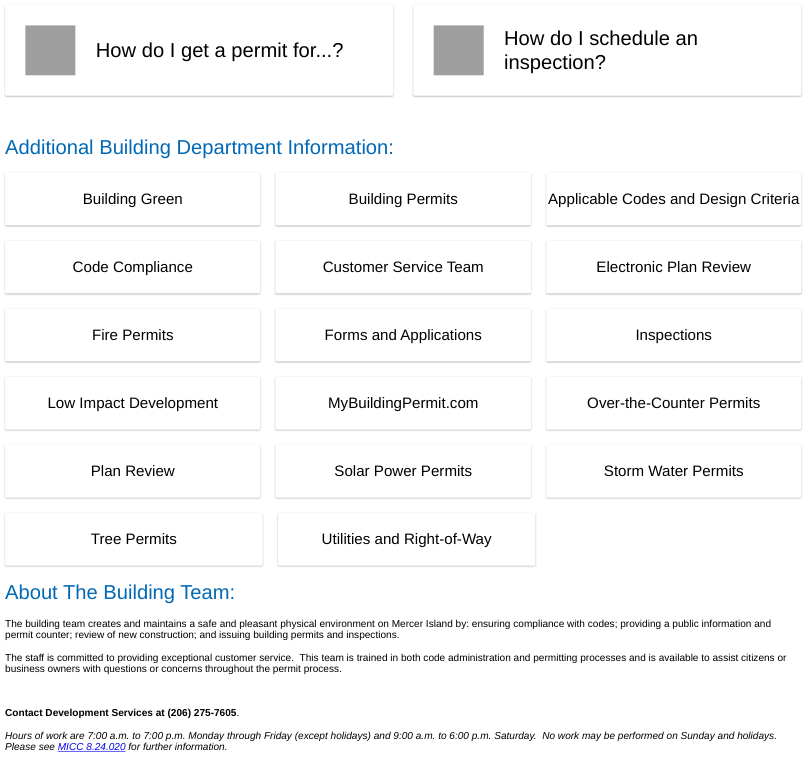
Repository: CharlieMisner/Mercer-Island-Website-Templates
Page: building-main-page/building-main-page.html
The author's editor kept a record of every edit. The page is drawn from the files as they stood at one moment, then again after the next edit.
The browser window is 1280 px wide. The pictures show the whole page, at 63% of full size.
Pictures or frames that could not be fetched are drawn as grey boxes.

Above is the page before.

### building-main-page/building-main-page.html
<div class="first-container">
    <div class="card margin-right flex2 icon-card">
        <a href="http://www.mercergov.org/Page.asp?NavID=2606">
            <img alt="How do I get a permit for...?" src="../SIB/images/building-permits.png"/>
            <span>How do I get a permit for...?</span>
        </a>
    </div>
    <div class="card margin-left flex2 icon-card">
        <a href="http://www.mercergov.org/Page.asp?NavID=2610">
            <img alt="How do I get a permit for...?" src="../SIB/images/inspections.png"/>
            <span>How do I schedule an inspection?</span>
        </a>
    </div>
</div>

<h1>Additional Building Department Information:</h1>

<div class="second-container">
    <div class="card margin-right flex3 centered-card">
        <a href="http://www.mercergov.org/Page.asp?NavID=2668">
            <span class="center-text">Building Green</span>
        </a>
    </div>
    <div class="card margin-both flex3 centered-card">
        <a href="http://www.mercergov.org/Page.asp?NavID=2606">
            <span class="center-text">Building Permits</span>
        </a>
    </div>
    <div class="card margin-left flex3 centered-card">
        <a href="http://www.mercergov.org/Page.asp?NavID=2615">
            <span class="center-text">Applicable Codes and Design Criteria</span>
        </a>
    </div>
</div>
<div class="second-container">
    <div class="card margin-right flex3 centered-card">
        <a href="http://www.mercergov.org/Page.asp?NavID=2802">
            <span class="center-text">Code Compliance</span>
        </a>
    </div>
    <div class="card margin-both flex3 centered-card">
        <a href="http://www.mercergov.org/Page.asp?NavID=2623">
            <span class="center-text">Customer Service Team</span>
        </a>
    </div>
    <div class="card margin-left flex3 centered-card">
        <a href="http://www.mercergov.org/Page.asp?NavID=2619">
            <span class="center-text">Electronic Plan Review</span>
        </a>
    </div>
</div>
<div class="second-container">
    <div class="card margin-right flex3 centered-card">
        <a href="http://www.mercergov.org/Page.asp?NavID=2614">
            <span class="center-text">Fire Permits</span>
        </a>
    </div>
    <div class="card margin-both flex3 centered-card">
        <a href="http://www.mercergov.org/Page.asp?NavID=675">
            <span class="center-text">Forms and Applications</span>
        </a>
    </div>
    <div class="card margin-left flex3 centered-card">
        <a href="http://www.mercergov.org/Page.asp?NavID=2610">
            <span class="center-text">Inspections</span>
        </a>
    </div>
</div>
<div class="second-container">
    <div class="card margin-right flex3 centered-card">
        <a href="http://www.mercergov.org/Page.asp?NavID=2660">
            <span class="center-text">Low Impact Development</span>
        </a>
    </div>
    <div class="card margin-both flex3 centered-card">
        <a href="http://www.mercergov.org/Page.asp?NavID=2617">
            <span class="center-text">MyBuildingPermit.com</span>
        </a>
    </div>
    <div class="card margin-left flex3 centered-card">
        <a href="http://www.mercergov.org/Page.asp?NavID=2621">
            <span class="center-text">Over-the-Counter Permits</span>
        </a>
    </div>
</div>
<div class="second-container">
    <div class="card margin-right flex3 centered-card">
        <a href="http://www.mercergov.org/Page.asp?NavID=2618">
            <span class="center-text">Plan Review</span>
        </a>
    </div>
    <div class="card margin-both flex3 centered-card">
        <a href="http://www.mercergov.org/Page.asp?NavID=3053">
            <span class="center-text">Solar Power Permits</span>
        </a>
    </div>
    <div class="card margin-left flex3 centered-card">
        <a href="http://www.mercergov.org/Page.asp?NavID=2680">
            <span class="center-text">Storm Water Permits</span>
        </a>
    </div>
</div>
<div class="second-container">
    <div class="card margin-right flex3 centered-card">
        <a href="http://www.mercergov.org/Page.asp?NavID=2636">
            <span class="center-text">Tree Permits</span>
        </a>
    </div>
    <div class="card margin-both flex3 centered-card">
        <a href="http://www.mercergov.org/Page.asp?NavID=2622">
            <span class="center-text">Utilities and Right-of-Way</span>
        </a>
    </div>
</div>

<h1>About The Building Team:</h1>

<p>The building team creates and maintains a safe and pleasant physical environment on Mercer Island by: ensuring compliance with codes; providing a public information and permit counter; review of new construction; and issuing building permits and inspections.<br
    />
    <br /> The staff is committed to providing exceptional customer service. &nbsp;This team is trained in both code administration and permitting processes and is available to assist citizens or business owners with questions or concerns throughout the
    permit process.<br /> &nbsp;
</p>

<p><br />
    <strong>Contact Development Services at (206) 275-7605</strong>.<br />
    <br />
    <em>Hours of work are 7:00 a.m. to 7:00 p.m. Monday through Friday (except holidays) and 9:00 a.m. to 6:00 p.m. Saturday.&nbsp; No work may be performed on Sunday and holidays.</em><em>&nbsp; </em><em>Please see </em><a href="http://www.codepublishing.com/wa/mercerisland/html/MercerIsland08/MercerIsland0824.html#8.24.020"><em>MICC</em><em> 8.24.020</em></a><em> for further information.</em></p>
<style type="text/css">
    .HeadLineText {
        color: #0068B4;
        display: block;
        width: 100%;
        text-align: center;
        font-family: Helvetica;
        font-size: 2.5em;
    }

    h1 {
        color: #0068B4;
        font-family: Helvetica;
        font-weight: normal;
        font-size: 2em;
    }

    p {
        font-family: Helvetica;
        font-weight: normal;
    }

    .first-container {
        width: 100%;
        font-family: Helvetica;
        font-size: 2em;
        margin-bottom: 2em;
        display: flex;
        flex-direction: row;
        align-content: center;
        align-items: center;
    }

    .second-container {
        width: 100%;
        font-family: Helvetica;
        font-size: 1.5em;
        margin-bottom: 1em;
        display: flex;
        flex-direction: row;
        align-content: center;
        align-items: center;
    }

    .card {
        background: #fff;
        border-radius: 2px;
        display: flex;
        flex-direction: row;
        align-content: center;
        align-items: center;
        position: relative;
        box-shadow: 0 1px 3px rgba(0, 0, 0, 0.12), 0 1px 2px rgba(0, 0, 0, 0.24);
        transition: all 0.3s cubic-bezier(.25, .8, .25, 1);
        cursor: pointer;
        height: 4.5em;
    }

    .icon-card {
        height: 4.5em;
    }

    .centered-card {
        height: 3.5em;
        font-family: Helvetica;
    }

    .card:hover {
        box-shadow: 0 14px 28px rgba(0, 0, 0, 0.25), 0 10px 10px rgba(0, 0, 0, 0.22);
    }

    .flex2 {
        flex-basis: calc(50% - 0.5em);
    }

    .flex3 {
        flex-basis: calc(33.3% - 0.5em);
    }

    .margin-left {
        margin-left: 0.5em;
    }

    .margin-right {
        margin-right: 0.5em;
    }

    .margin-both {
        margin-left: 0.5em;
        margin-right: 0.5em;
    }

    .card a {
        height: 100%;
        text-decoration: none;
        display: flex;
        flex-direction: row;
        align-content: center;
        align-items: center;
        width: 100%;
    }

    span {
        display: inline;
        text-decoration: none;
        color: black;
        flex-shrink: 1;
    }

    .card img {
        display: block;
        margin: 1em;
        width: 2.5em;
        height: 2.5em;
        flex-shrink: 0;
    }

    .center-text {
        width: 100%;
        text-align: center;
    }
</style>

After the next edit:
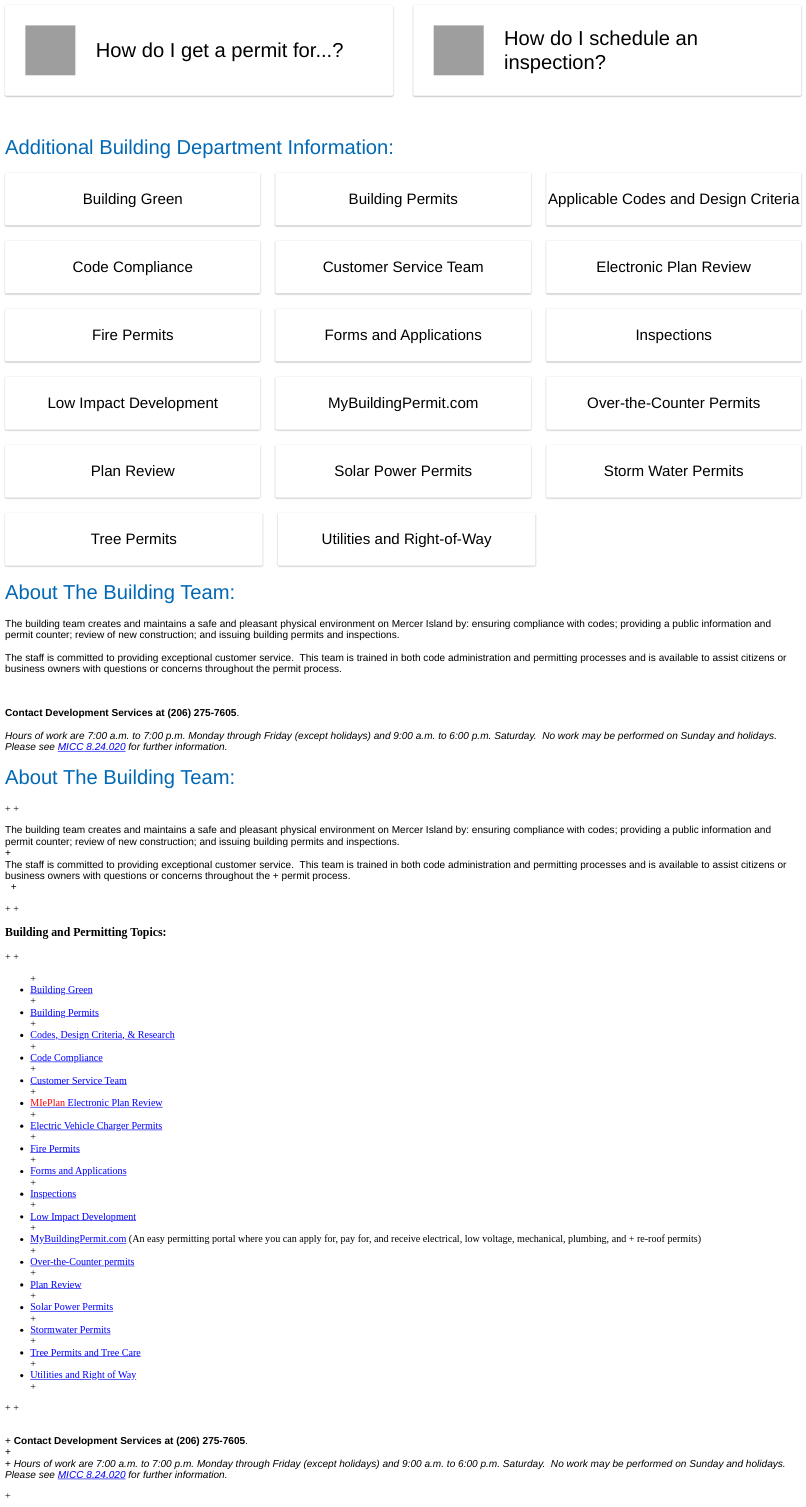
The edit:
--- a/building-main-page/building-main-page.html
+++ b/building-main-page/building-main-page.html
@@ -247,3 +247,43 @@
         text-align: center;
     }
 </style>
+
+
+<h1>About The Building Team:</h1>
++
++<p>The building team creates and maintains a safe and pleasant physical environment on Mercer Island by: ensuring compliance with codes; providing a public information and permit counter; review of new construction; and issuing building permits and inspections.<br
++    />
++    <br /> The staff is committed to providing exceptional customer service. &nbsp;This team is trained in both code administration and permitting processes and is available to assist citizens or business owners with questions or concerns throughout the
++    permit process.<br /> &nbsp;
++</p>
++
++<h3>Building and Permitting Topics:</h3>
++
++<ul>
++    <li><a href="http://www.mercergov.org/Page.asp?NavID=2668"><span style="color: rgb(0, 0, 255);">Building Green</span></a></li>
++    <li><a href="http://www.mercergov.org/Page.asp?NavID=2606"><span style="color: rgb(0, 0, 255);">Building Permits</span></a></li>
++    <li><a href="http://www.mercergov.org/Page.asp?NavID=2615"><span style="color: rgb(0, 0, 255);">Codes, Design Criteria, &amp; Research</span></a></li>
++    <li><a href="http://www.mercergov.org/Page.asp?NavID=2802"><span style="color: rgb(0, 0, 255);">Code Compliance</span></a></li>
++    <li><a href="http://www.mercergov.org/Page.asp?NavID=2623"><span style="color: rgb(0, 0, 255);">Customer Service Team</span></a></li>
++    <li><a href="http://www.mercergov.org/Page.asp?NavID=2619"><span style="color: rgb(255, 0, 0);">MIePlan</span><span style="color: rgb(0, 0, 255);"> Electronic Plan Review</span></a><span style="color: rgb(0, 0, 255);">&nbsp;</span></li>
++    <li><a href="http://www.mercergov.org/Page.asp?NavID=3141"><span style="color: rgb(0, 0, 255);">Electric Vehicle Charger Permits</span></a></li>
++    <li><a href="http://www.mercergov.org/Page.asp?NavID=2614"><span style="color: rgb(0, 0, 255);">Fire Permits</span></a></li>
++    <li><a href="http://www.mercergov.org/Page.asp?NavID=675"><span style="color: rgb(0, 0, 255);">Forms and Applications</span></a></li>
++    <li><a href="http://www.mercergov.org/Page.asp?NavID=2610"><span style="color: rgb(0, 0, 255);">Inspections</span></a></li>
++    <li><a href="http://www.mercergov.org/Page.asp?NavID=2660"><span style="color: rgb(0, 0, 255);">Low Impact Development</span></a></li>
++    <li><a href="http://www.mercergov.org/Page.asp?NavID=2617"><span style="color: rgb(0, 0, 255);">MyBuildingPermit.com</span></a> (An easy permitting portal where you can apply for, pay for, and receive electrical, low voltage, mechanical, plumbing, and
++        re-roof permits)</li>
++    <li><a href="http://www.mercergov.org/Page.asp?NavID=2621"><span style="color: rgb(0, 0, 255);">Over-the-Counter permits</span></a></li>
++    <li><a href="http://www.mercergov.org/Page.asp?NavID=2618"><span style="color: rgb(0, 0, 255);">Plan Review</span></a></li>
++    <li><a href="http://www.mercergov.org/Page.asp?NavID=3053"><span style="color: rgb(0, 0, 255);">Solar Power Permits</span></a></li>
++    <li><a href="http://www.mercergov.org/Page.asp?NavID=2680"><span style="color: rgb(0, 0, 255);">Stormwater Permits</span></a></li>
++    <li><a href="http://www.mercergov.org/Page.asp?NavID=2636"><span style="color: rgb(0, 0, 255);">Tree Permits and Tree Care</span></a></li>
++    <li><a href="http://www.mercergov.org/Page.asp?NavID=2622"><span style="color: rgb(0, 0, 255);">Utilities and Right of Way</span></a></li>
++</ul>
++
++<p><br />
++    <strong>Contact Development Services at (206) 275-7605</strong>.<br />
++    <br />
++    <em>Hours of work are 7:00 a.m. to 7:00 p.m. Monday through Friday (except holidays) and 9:00 a.m. to 6:00 p.m. Saturday.&nbsp; No work may be performed on Sunday and holidays.</em><em>&nbsp; </em><em>Please see </em><a href="http://www.codepublishing.com/wa/mercerisland/html/MercerIsland08/MercerIsland0824.html#8.24.020"><em>MICC</em><em> 8.24.020</em></a><em> for further information.</em>
+</p>
++
